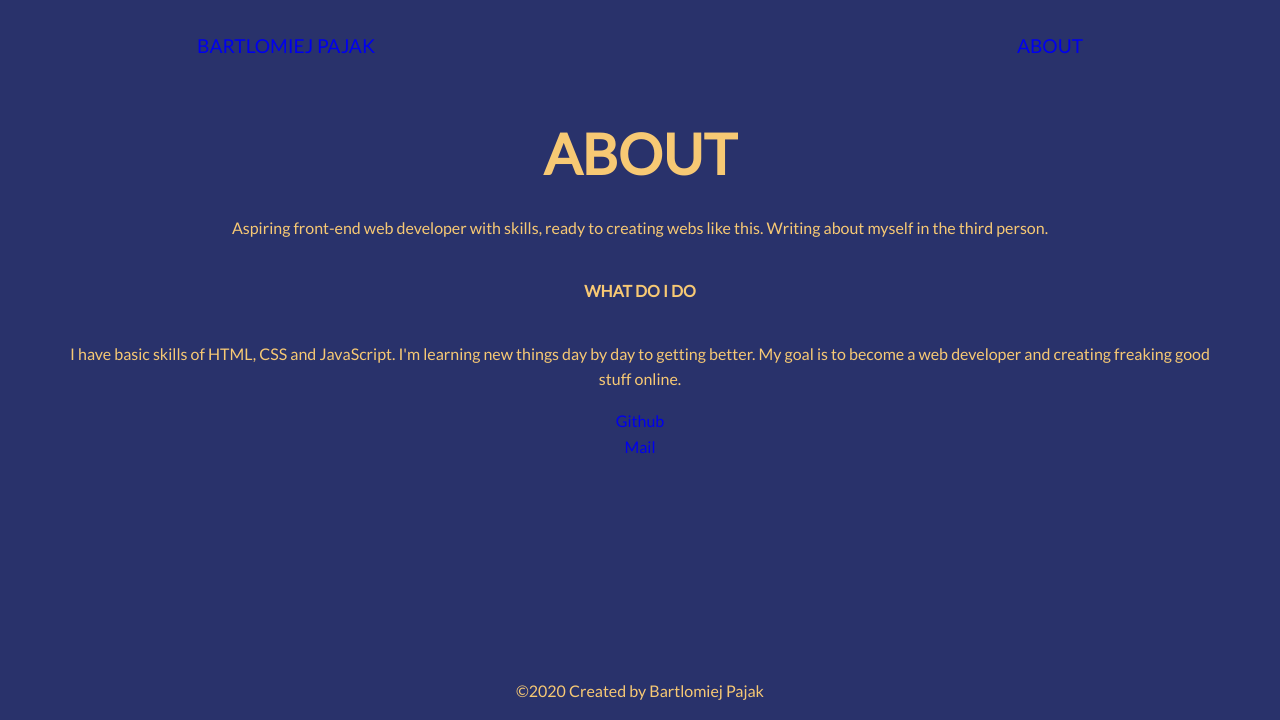
Repository: spidero7/personal-site
Page: about.html
An editor plug-in stored every save of this project. The page is shown before and after the next save, followed by the edit.
The browser window is 1280 px wide. The pictures show the whole page.

Above is the page before, as saved 2020-04-16 21:38:10.

### about.html
<!DOCTYPE html>
<html>

    <head>
        <meta charset="utf-8">
        <title>Bartlomiej Pajak</title>
        <meta name="viewport" content="width=device-width, initial-scale=1">
        <link rel="stylesheet" href="css/normalize.css">
        <link href="https://fonts.googleapis.com/css2?family=Lato&display=swap" rel="stylesheet">
        <link rel="stylesheet" href="css/style.css">
        <link rel="stylesheet" href="css/flexbox.css">
    </head>

    <body>

        <div>
            <header class="main-header">
                <nav>
                    <ul class="main-nav">
                        <li><a href="index.html">Bartlomiej Pajak</a></li>
                        <li><a href="about.html">About</a></li>
                    </ul>
                </nav>
            </header>
        </div>

        <div class="about-container">

            <h1 class="about">About</h1>
            <p class="me">Aspiring front-end web developer with skills, ready to creating webs like this. Writing about myself in the third person.</p>
            <h4>What do I do</h4>
            <p>I have basic skills of HTML, CSS and JavaScript. I'm learning new things day by day to getting better. My goal is to become a web developer and creating freaking good stuff online.</p>

            <ul class="contact">
                <li><a href="#">Github</a></li>
                <li><a href="#">Mail</a></li>
            </ul>

        </div>


        <footer class="main-footer">
            <span>&copy;2020 Created by Bartlomiej Pajak</span>
        </footer>

    </body>
</html>

### css/style.css
/* =================================
  Base Element Styles
==================================== */

* {
    box-sizing: border-box;
}

body {
    font-family: 'Lato', sans-serif;
    line-height: 1.6;
    color: #F7C974;
    margin: 0;
    background-color: #29326B;
}

h1 {
    text-transform: uppercase;
    text-align: center;
    display: block;
    font-size: 3.5em;
    margin-bottom: auto;

}

h4 {
    text-transform: uppercase;
    align-self: center;
}

ul {
    margin: 0;
    padding: 0;
    list-style: none;
}

a {
    text-decoration: none;
    color: ;
}

/* =================================
  Base Layout Styles
==================================== */

/* ---- Navigation ---- */

.main-nav {
    margin-top: 5px;
}

.main-nav a {
    text-align: center;
    display: block;
    padding: 5px 5px;
    text-transform: uppercase;
    font-weight: 500;
    font-size: 1.2em;
    margin-top: 15px;
}

.main-nav a:hover {
    color: rgb(212, 188, 144);
}

.target {
    text-align: center;
    display: block;
    font-weight: 500;
    font-size: 1.2em;
    margin-top: 10px;;
}

.about-container {
    width: 90%;
    margin: 0 auto;
    display: flex;
    flex-direction: column;
    align-items: center;
    text-align: center;
}


/* ---- Layout Containers ---- */

.main-header {
    padding-top: .35em;
    padding-bottom: .35em;
}

.container {
    padding: 1em 0;
    width: 80%;
    margin: 0 auto;
}

.main-footer {
    padding: 1em 0;
    margin-top: 30px;
    text-align: center;
}

/* =================================
  Media Queries
==================================== */


@media (min-width: 769px) {
    .main-header,
    .main-footer,
    .container  {
        width: 80%;
        margin: 0 auto;
    }

    .position {
        font-size: 4.5em;
    }

    .target {
        font-size: 1.4em;
    }

}

@media (min-width: 1025px) {
    .container{
        width: 60%;
        max-width: 810px;
    }
}

@media (min-width: 1025px) {
    .main-header {
        width: 70%;
    }
}

### css/flexbox.css
/* =================================
  Base Styles
==================================== */

body {
    display: flex;
    flex-direction: column;
    min-height: 100vh;
}

.main-footer {
    margin-top: auto;
}

/* =================================
  Media Queries
==================================== */

@media (min-width: 769px) {
    .main-nav {
        display: flex;
        flex-direction: row;
        justify-content: space-between;
    }

    .container {
        margin-top: 50px;
    }

}

Loaded but not shown: css/normalize.css (library)

After the next save:
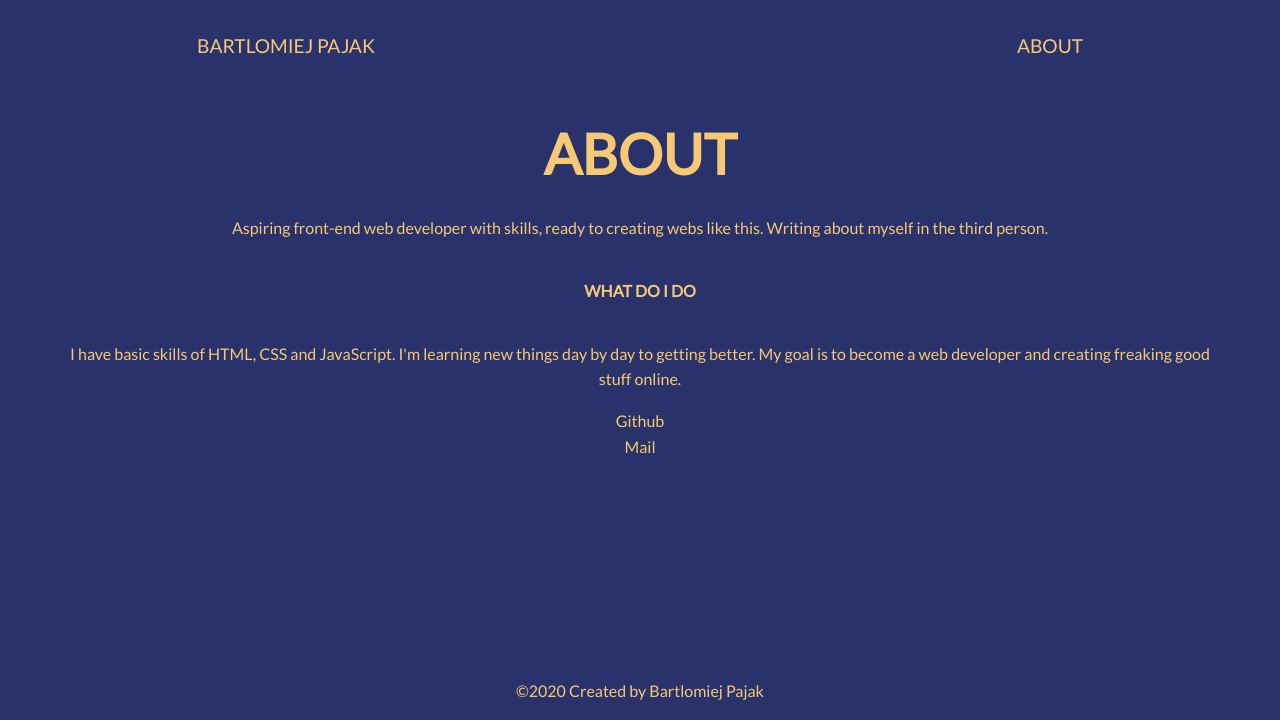
Saved 8 s later.
--- a/css/style.css
+++ b/css/style.css
@@ -36,7 +36,7 @@ ul {
 
 a {
     text-decoration: none;
-    color: ;
+    color: #F7C974;
 }
 
 /* =================================
